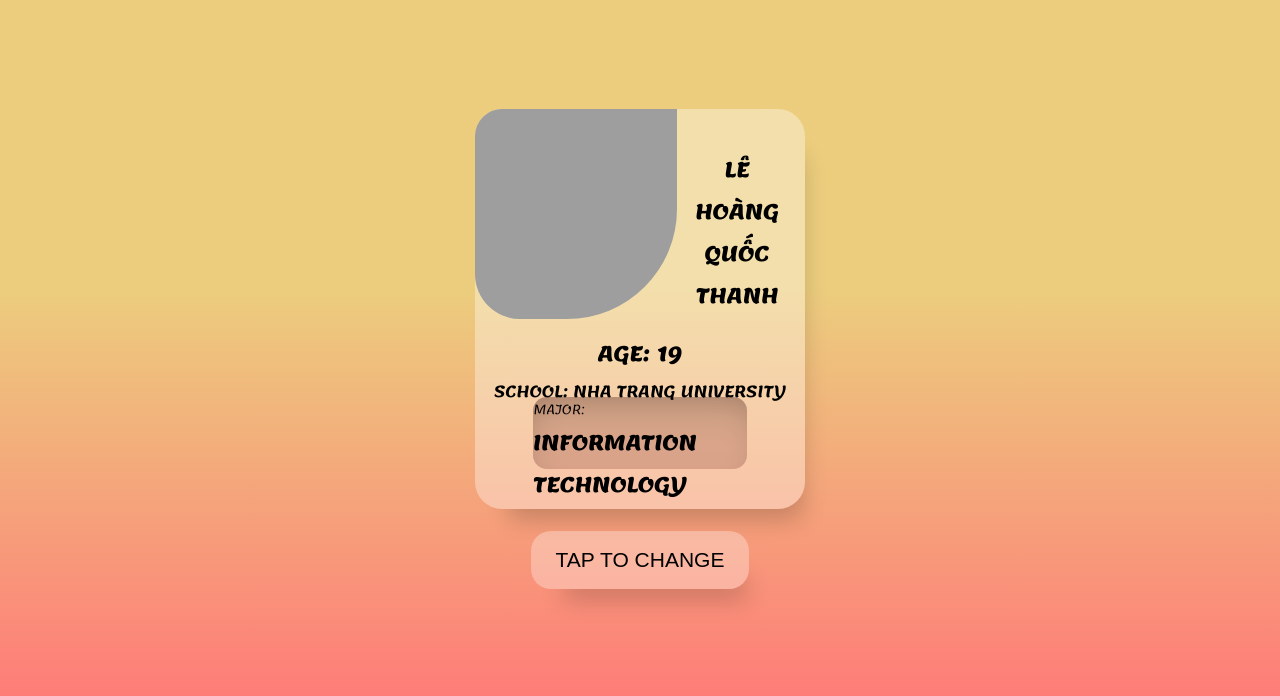
Repository: ThanhThn/profile
Page: index.html
An editor plug-in stored every save of this project. The page is shown before and after the next save, followed by the edit.
The browser window is 1280 px wide. The pictures show the whole page.
Pictures or frames that could not be fetched are drawn as grey boxes. Some web fonts or font styles are not loaded; a fallback is used.

Above is the page before, as saved 2022-12-05 20:21:09.

### index.html
<!DOCTYPE html>
<html lang="en">
<head>
    <meta charset="UTF-8">
    <meta http-equiv="X-UA-Compatible" content="IE=edge">
    <meta name="viewport" content="width=device-width, initial-scale=1.0">
    <title>Document</title>
    <link rel="stylesheet" href="style.css">
</head>
<body>
    <div class="container">
        <div class="content">
            <img src="avata.jpg" alt="avatar">
            <span class="name">LÊ hoàng quốc thanh</span>
            <span class="age" ></span>
            <span id="school">school: nha trang university</span>
            <div class="major">
                <span id = "major">Major:</span>
                <span id = "major--name">information technology</span>
            </div>
        </div>
        <button class="btn">tap to change</button>
    </div>

    <script>
        var ages = new Date().getFullYear() - 2003;
        var text = document.getElementsByClassName("age");
        for(let i = 0; i < text.length; i++){
            text[i].innerHTML = `age: ${ages}`;
        }
    </script>
</body>
</html>

### style.css
@import url('https://fonts.googleapis.com/css2?family=Kodchasan:wght@700&family=Lemonada:wght@300;600;700&family=Pacifico&display=swap');
*{
    padding: 0;
    margin: 0;
    box-sizing: border-box;
}

body{
    background:  linear-gradient( to bottom, rgba(223, 172,39,60%) 40%, rgba(255,22,22,58%) 100% );
    width: 100%;
    height: 100vh;
}
.container{
    position: absolute;
    top: 50%;
    left: 50%;
    transform: translate(-50%, -50%);
    display: flex;
    flex-direction: column;
    align-items: center;
}

.content{
    width: 330px;
    height: 400px;
    background: rgba(255, 255, 255, 35%);
    border-radius: 27px;
    box-shadow: rgba(0, 0, 0, .2) 15px 28px 25px -18px;
}

.content img{
    width: 202px;
    height: 210px;
    border-radius: 27px 0 110px 45px;
    object-fit: cover;
    object-position: -32px 0;
}
span{
    width: 104px;
    font-size: 21px;
    text-transform: uppercase;
    font-weight: 700;
    font-family: 'Lemonada', cursive;
}
.content .name{
    position: absolute;
    text-align: center;
    top: 40px;
    left: 210px;
}

.content .age{
    display: block;
    position: relative;
    width: 100%;
    top: 10px;
    text-align: center;
}
#school{
    font-size: 16px;
    font-weight: 600;
    display: block;
    width: 100%;
    text-align: center;
    position: relative;
    top:10px;
}

.major{
    width: 214px;
    height: 72px;
    background-color: rgba(126, 48, 40, .25);
    border-radius: 14px;
    box-shadow: 3px 20px 39px -19px rgba(0,0,0,0.3) inset;
    -webkit-box-shadow: 3px 20px 39px -19px rgba(0,0,0,0.3) inset;
    -moz-box-shadow: 3px 20px 39px -19px rgba(0,0,0,0.3) inset;
    margin: 0 AUTO;
}

.major #major{
    font-weight: 300;
    font-size: 13px;
}
.btn{
    background: rgba(255, 255, 255, .3);
    width: 218px;
    height: 58px;
    border-radius: 20px;
    border: none;
    margin: 22px;
    font-family: 'Kodchasan', sans-serif;
    font-size: 21px;
    text-transform: uppercase;
    box-shadow: rgba(0, 0, 0, .2) 15px 28px 25px -18px;
    background-position: 0 90%;
    background-repeat: repeat no-repeat;

}

.btn:hover {
    box-shadow: rgba(0, 0, 0, .3) 2px 8px 8px -5px;
    transform: translate3d(0, 2px, 0);
}


.btn:focus {
  box-shadow: rgba(0, 0, 0, .3) 2px 8px 4px -6px;
}

After the next save:
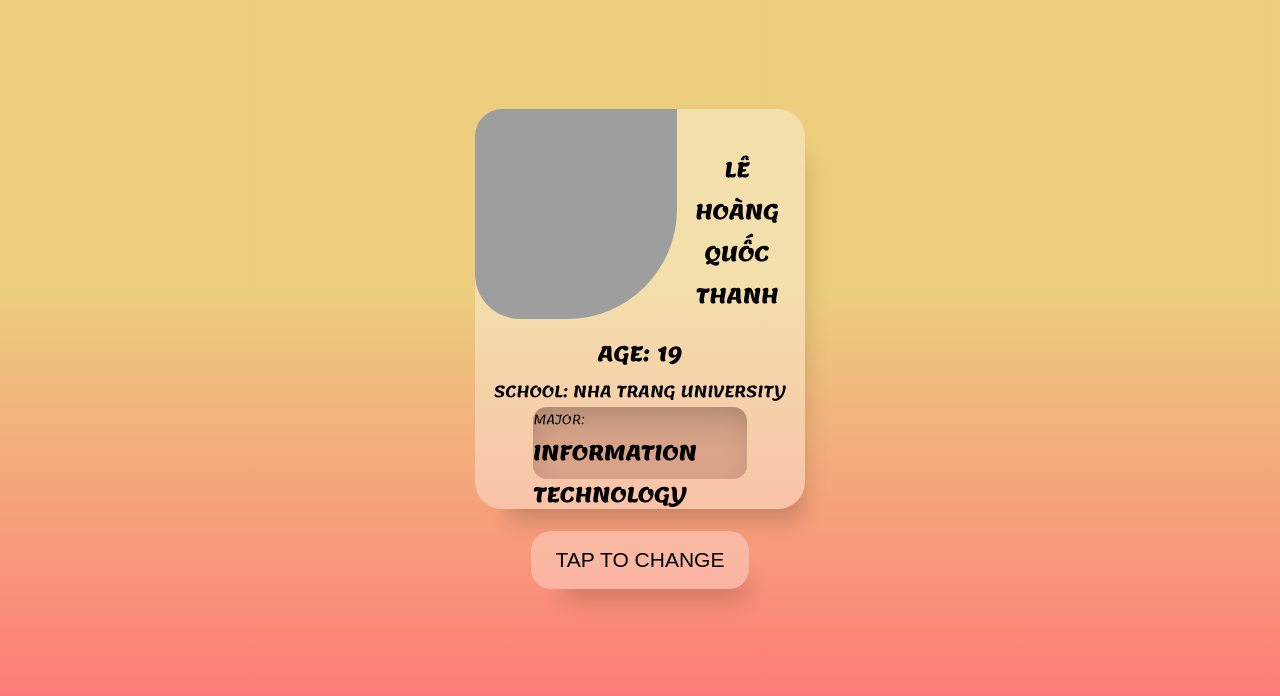
Saved 22 s later.
--- a/style.css
+++ b/style.css
@@ -74,7 +74,7 @@ span{
     box-shadow: 3px 20px 39px -19px rgba(0,0,0,0.3) inset;
     -webkit-box-shadow: 3px 20px 39px -19px rgba(0,0,0,0.3) inset;
     -moz-box-shadow: 3px 20px 39px -19px rgba(0,0,0,0.3) inset;
-    margin: 0 AUTO;
+    margin: 10px auto 0 auto;
 }
 
 .major #major{
